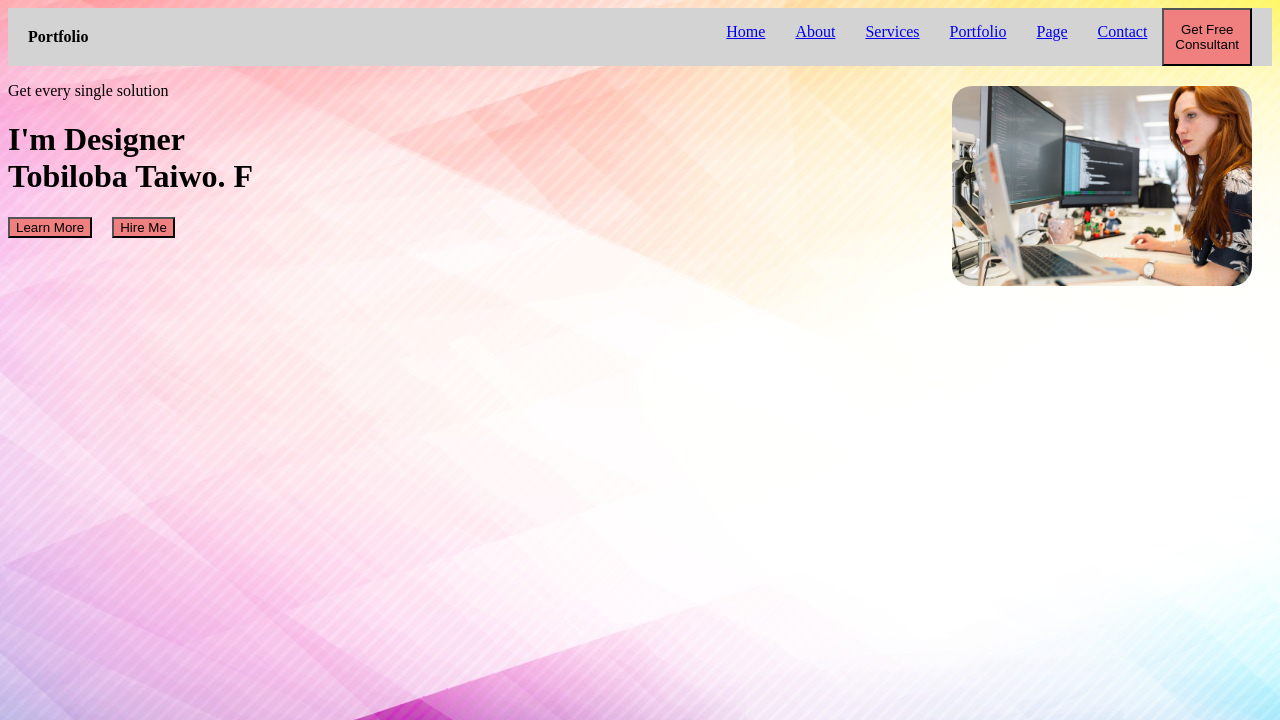
Repository: Tobby004/bdc_task_1
Page: index.html
The author's editor kept a copy of each file at every save. The page is drawn from the files as they stood at one save, then again after the next save.
The browser window is 1280 px wide. The pictures show the whole page.

Above is the page before, as saved 2023-02-19 00:51:08.

### index.html
<!DOCTYPE html>
<html lang="en">
<head>
    <meta charset="UTF-8">
    <meta http-equiv="X-UA-Compatible" content="IE=edge">
    <meta name="viewport" content="width=device-width, initial-scale=1.0">
    <title>Template</title>
    <link rel="stylesheet" href="task.css">
</head>
<header>
    <b> Portfolio</b>
    <a href="#">Home</a>
    <a href="#">About</a>
    <a href="#">Services</a>
    <a href="#">Portfolio</a>
    <a href="#">Page</a>
    <a href="#">Contact</a>
    <button>Get Free Consultant</button>
</header>
<body>
    <img src="img1.jpeg">
    <p>Get every single solution</p>
    <h1> I'm Designer <br> Tobiloba Taiwo. F</h1>
    <button>Learn More</button><button>Hire Me</button>
</body>
</html>

### task.css
* {
    box-sizing: border-box;
}
header {
    display: flex;
    background: lightgray

}
header b {
    display: flex;
    padding: 20px;
    margin-right: 300px;
    width: 50%;

}
header a {
    padding: 15px;
    display: flex;
}
img {
    width: 300px;
    margin-top: 20px;
    float: right;
    border-radius: 20px;
    margin-right: 20px;
}
button {
    margin-inline-end: 20px;
    background-color: lightcoral;
}
body {
    background-image: url(back001.jpeg)
}

After the next save:
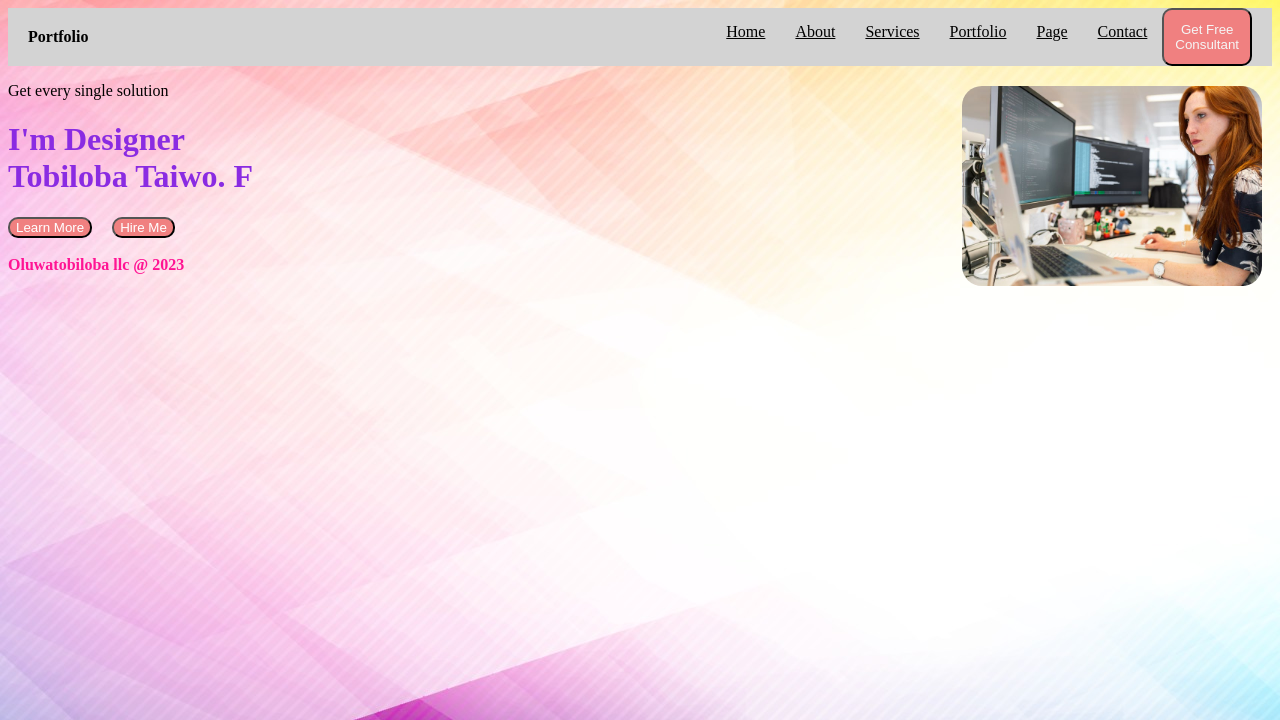
Saved 10 min 18 s later.
--- a/index.html
+++ b/index.html
@@ -22,5 +22,8 @@
     <p>Get every single solution</p>
     <h1> I'm Designer <br> Tobiloba Taiwo. F</h1>
     <button>Learn More</button><button>Hire Me</button>
+    <br>
+    <br>
+    <footer><b>Oluwatobiloba llc @ 2023</b></footer>
 </body>
 </html>
--- a/task.css
+++ b/task.css
@@ -16,13 +16,14 @@
 header a {
     padding: 15px;
     display: flex;
+    color: black;
 }
 img {
     width: 300px;
     margin-top: 20px;
     float: right;
     border-radius: 20px;
-    margin-right: 20px;
+    margin-right: 10px;
 }
 button {
     margin-inline-end: 20px;
@@ -31,3 +32,16 @@
 body {
     background-image: url(back001.jpeg)
 }
+header button {
+    color: whitesmoke;
+}
+button {
+    color: white;
+    border-radius: 10px;
+}
+h1 {
+    color: blueviolet;
+}
+footer {
+    color: deeppink;
+}
